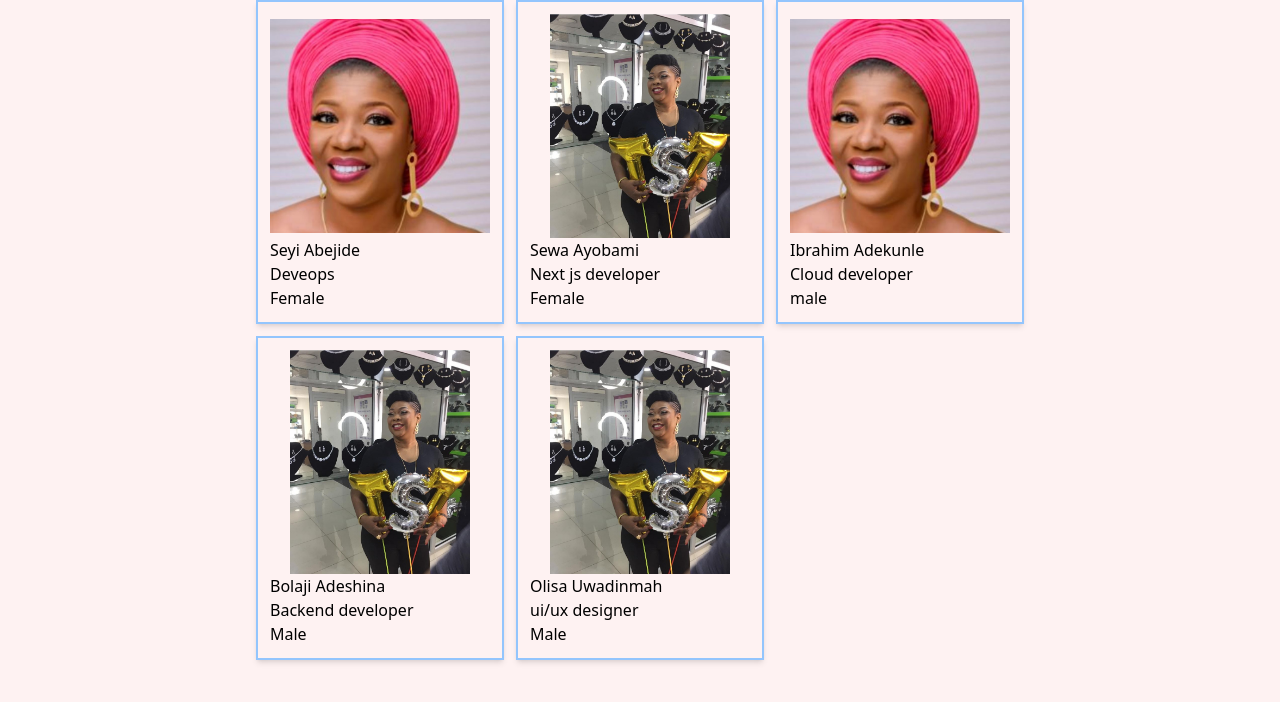
Repository: Semanmernstack/Bincom
Page: /
The author's editor kept a copy of each file at every save. The page is drawn from the files as they stood at one save, then again after the next save.
The browser window is 1280 px wide. The pictures show the whole page.
The project was rebuilt for these pictures with package versions that can differ from the ones it lists, and the page was loaded fresh each time. The framework's server and built-in components were replaced by stand-ins that run in the browser. Also part of the build but not shown: next.config.mjs.

Above is the page before, as saved 2024-01-25 05:32:16.

After the next save:
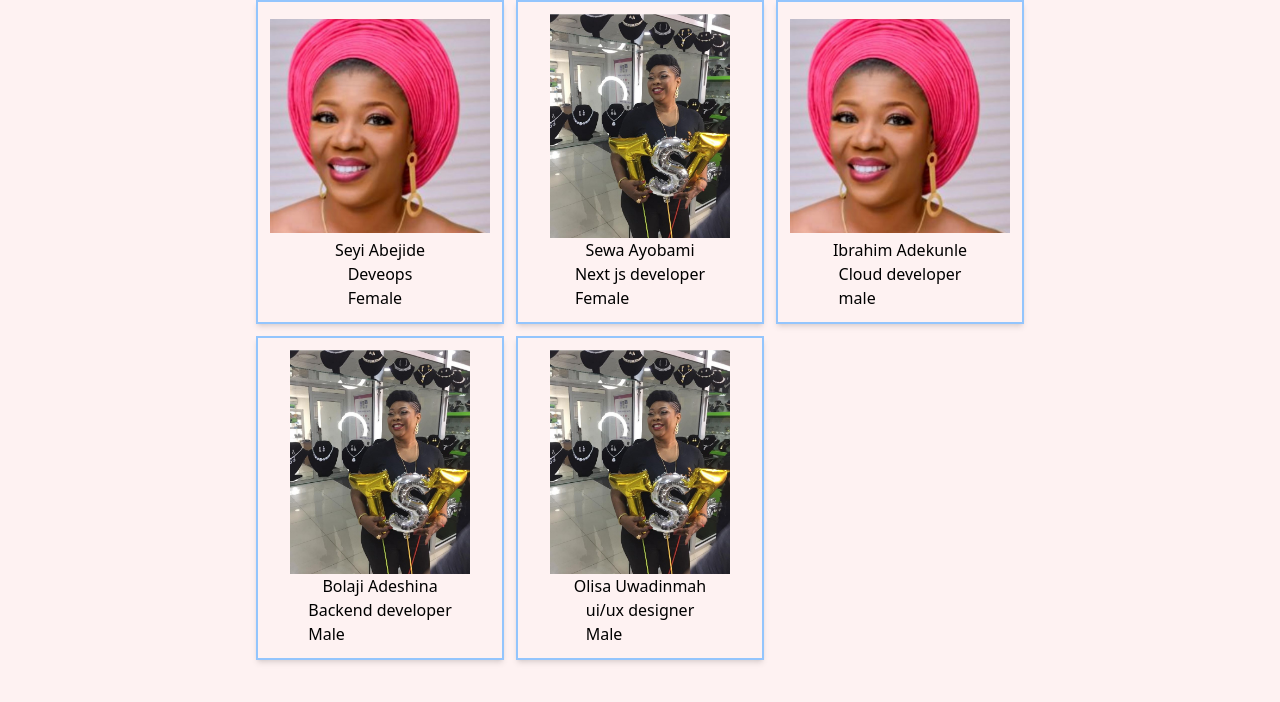
Saved 52 s later.
--- a/app/components/SetUp.tsx
+++ b/app/components/SetUp.tsx
@@ -12,7 +12,7 @@ function SetUp({id, title, image, role, gender}:B) {
   return (
     <div className=' p-3 '>
       <img src={image} alt="image" className='h-56 w-56  object-contain' />
-      <div>
+      <div className='flex flex-col items-center justify-between'>
         <h1>{title}</h1>
         <div>
           <h2>{role}</h2>
